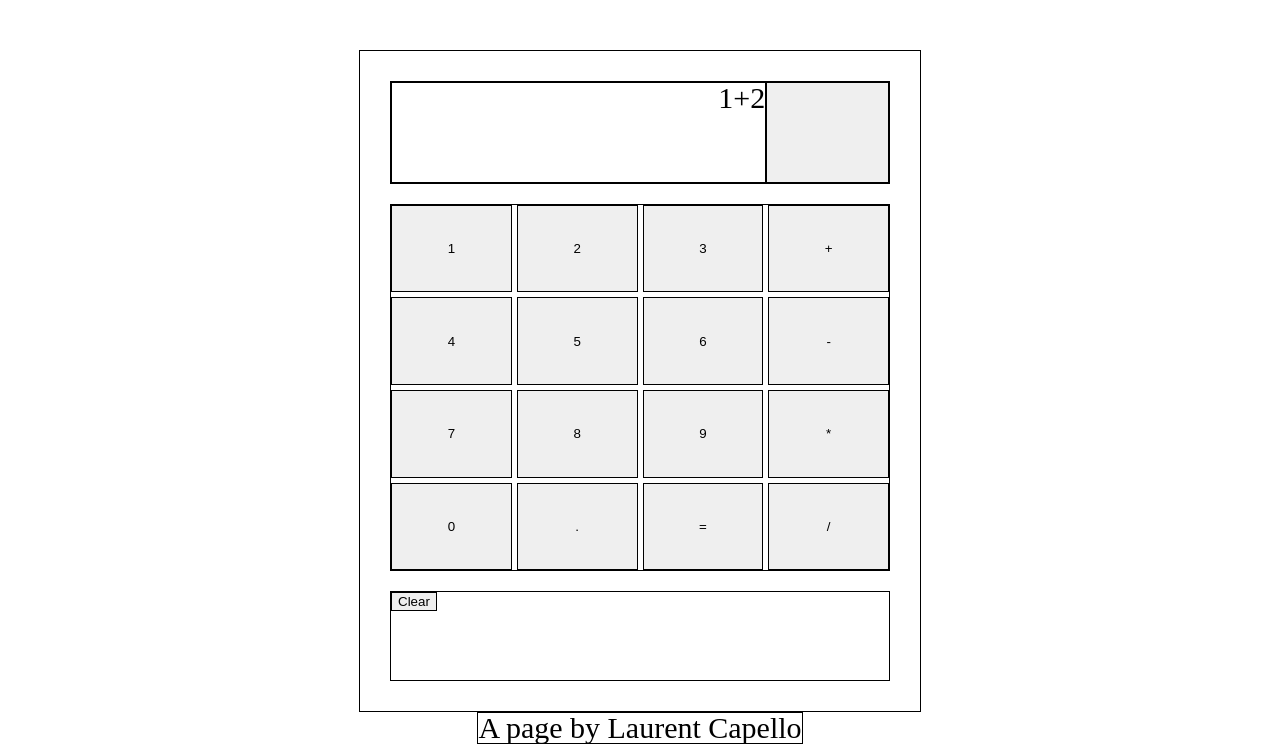
Repository: sokafootball/js-calculator
Page: index.html
The author's editor kept a copy of each file at every save. The page is drawn from the files as they stood at one save, then again after the next save.
The browser window is 1280 px wide. The pictures show the whole page.

Above is the page before, as saved 2020-04-25 10:47:19.

After the next save:
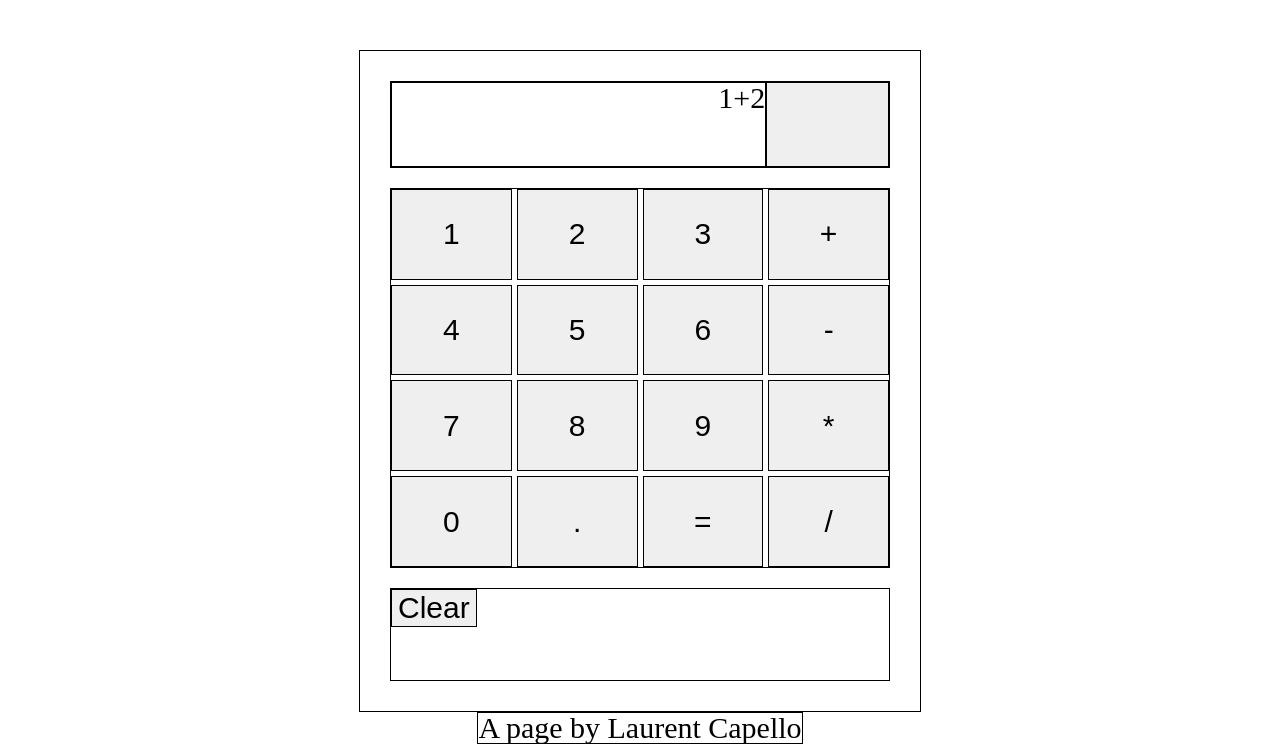
Saved 13 s later.
--- a/style.css
+++ b/style.css
@@ -21,7 +21,6 @@ body{
   margin-top: 50px;
   padding: 30px;
   width: 500px;
-  font-size: var(--font-size)
 }
 
 #calc-bottom{
@@ -49,3 +48,7 @@ body{
   text-align: right;
   vertical-align: middle;
 }
+
+.button{
+  font-size: var(--font-size)
+}
